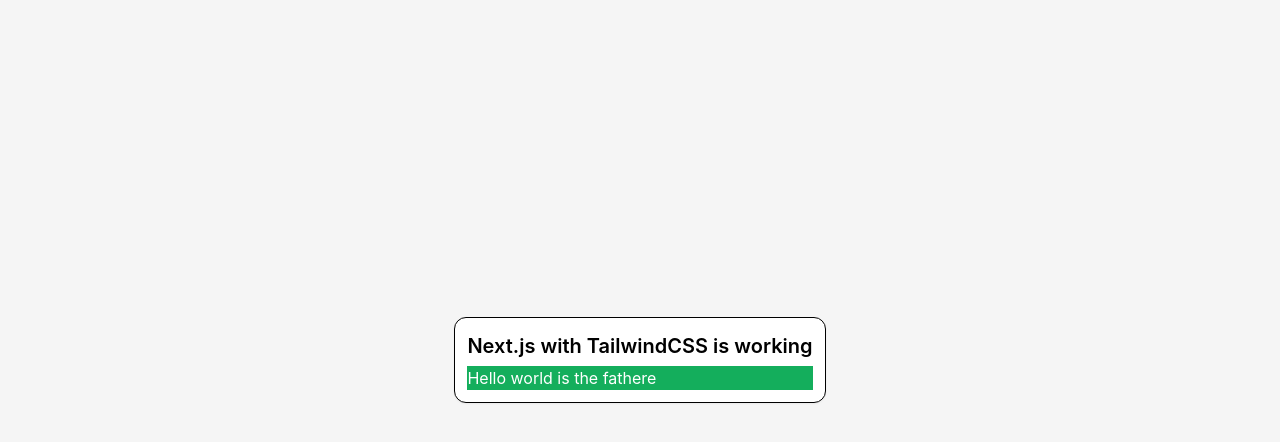
Repository: vignesh33654/resizablesidebar
Page: /
An editor plug-in stored every save of this project. The page is shown before and after a run of saves, followed by the edit.
The browser window is 1280 px wide. The pictures show the whole page.
The project was rebuilt for these pictures with package versions that can differ from the ones it lists, and the page was loaded fresh each time.

Above is the page before, as saved 2025-11-11 10:53:34.

After the next 6 saves:
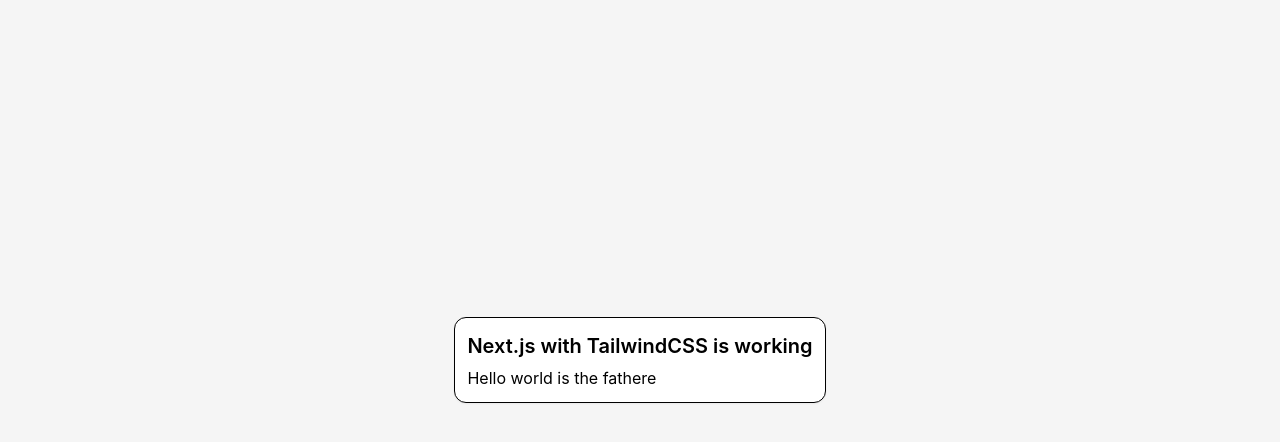
The 6 saves are shown as one change because 1 did not build or start and some came seconds apart.
The last was saved 56 s later.
--- a/src/App.tsx
+++ b/src/App.tsx
@@ -9,7 +9,7 @@
           <h3 className="">
             Next.js with TailwindCSS is working
           </h3>
-          <div className="bg-success text-white">
+          <div className="font-body-16">
             Hello world is the fathere
           </div>
       </div>
